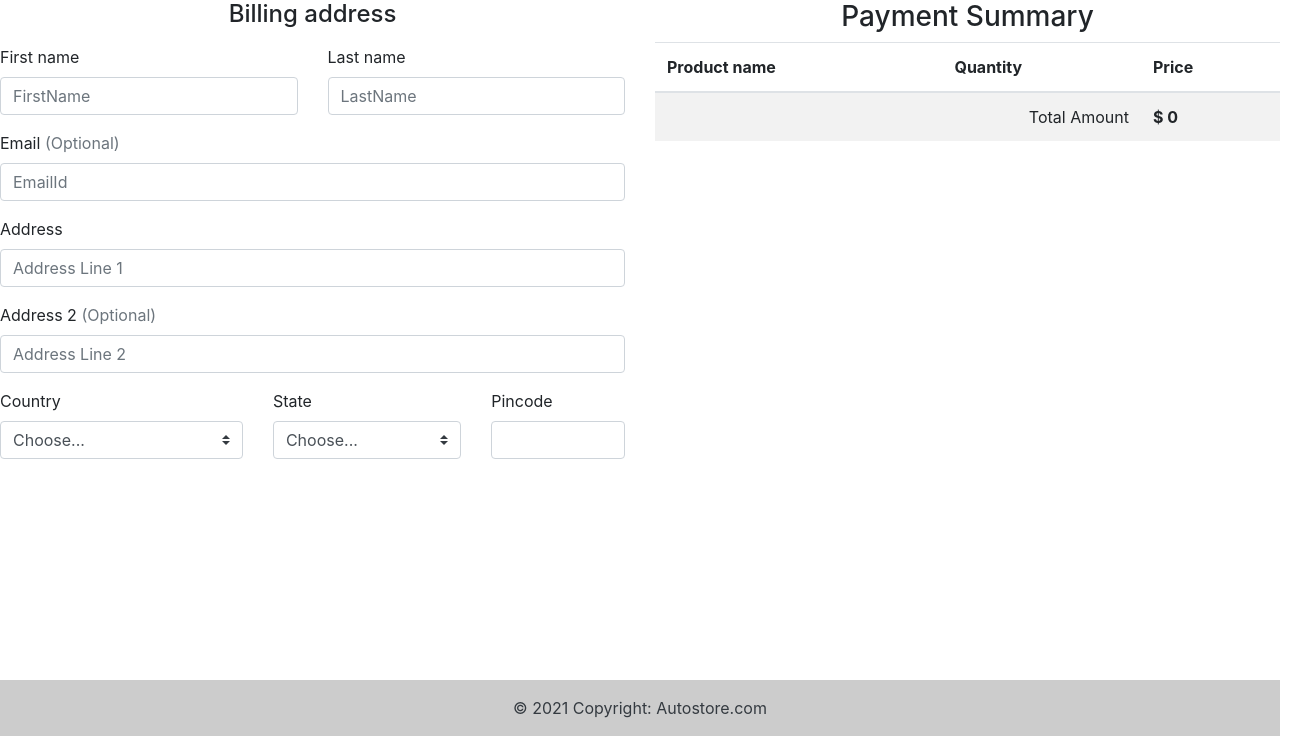
Repository: pravinsakthivel/ecommerce
Page: /checkout
The author's editor kept a copy of each file at every save. The page is drawn from the files as they stood at one save, then again after the next save.
The browser window is 1280 px wide. The page is 1295 px wide, so the pictures cover 1295 px, including what lies to the right of the window. The pictures show the whole page.
The project was rebuilt for these pictures with package versions that can differ from the ones it lists, and the page was loaded fresh each time. Also part of the build but not shown: src/components/ProductItem.vue, src/components/UI/ShoppingCartIcon.vue, src/components/UI/NavigationBar.vue, src/components/UI/SearchBar.vue, src/components/ProductDescriptionModal.vue, src/components/ProductList.vue, src/components/CartList.vue, src/components/UI/OrderSuccess.vue and 4 more.

Above is the page before, as saved 2021-04-10 23:26:59.

After the next save:
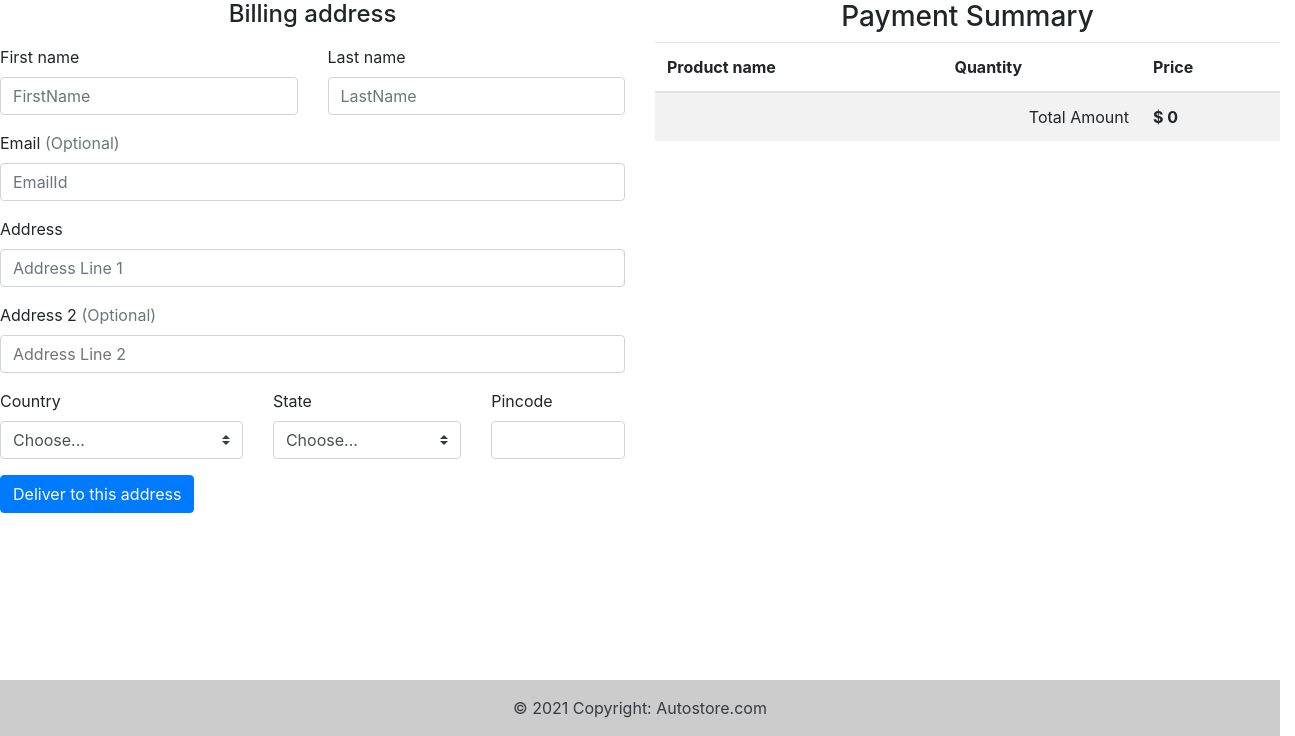
Saved 49 s later.
--- a/src/components/CheckoutPage.vue
+++ b/src/components/CheckoutPage.vue
@@ -99,10 +99,11 @@
             />
           </div>
         </div>
+        <base-button customClass="btn-warning">Deliver to this address</base-button>
       </form>
     </div>
     <div class="col-md-6">
-      <payment-details :address="addressDetails"></payment-details>
+      <payment-details></payment-details>
     </div>
   </div>
 </template>
